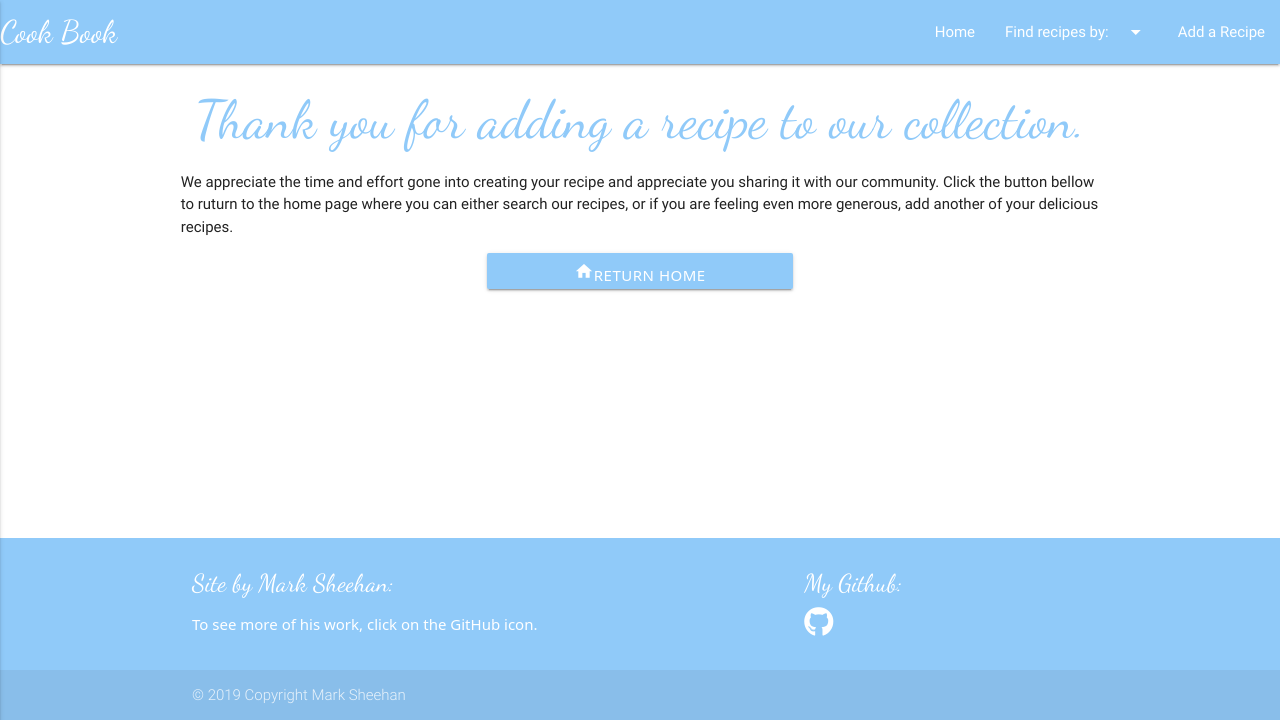
Repository: MarkSheehan72/milestone-project-3
Page: http://localhost/thanks_update
The author's editor kept a record of every edit. The page is drawn from the files as they stood at one moment, then again after the next edit.
The browser window is 1280 px wide. The pictures show the whole page.
Some web libraries are served in a nearby version. The page is served by the project's application, run on Flask 3 (app.py).

Above is the page before.

After the next edit:
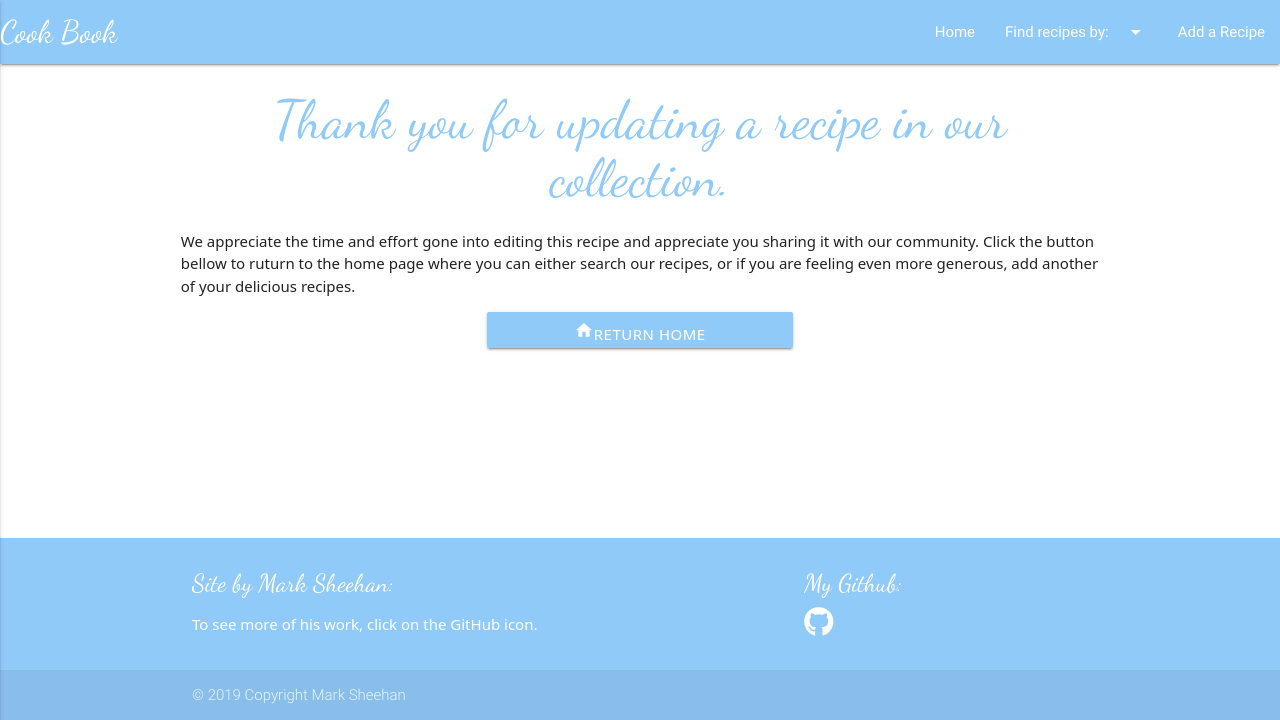
The edit:
--- a/templates/thanks_update.html
+++ b/templates/thanks_update.html
@@ -6,8 +6,8 @@
 <!--This gives users assured feedback that their recipe has been edited.-->
 
 <div class="row">
-    <h2 class="center-align title-font center blue-text text-lighten-3">Thank you for adding a recipe to our collection.</h2>
-    <p class="center_align">We appreciate the time and effort gone into creating your recipe and appreciate you sharing it with our community. Click the button
+    <h2 class="center-align title-font center blue-text text-lighten-3">Thank you for updating a recipe in our collection.</h2>
+    <p class="center_align standard-font">We appreciate the time and effort gone into editing this recipe and appreciate you sharing it with our community. Click the button
     bellow to ruturn to the home page where you can either search our recipes, or if you are feeling even more generous, add another of your
     delicious recipes.</p>
     <a href="{{url_for('index')}}" class="waves-effect waves-light btn blue lighten-3 standard-font hoverable col s12 m4 offset-m4"><i class="material-icons">home</i>Return Home</a>
